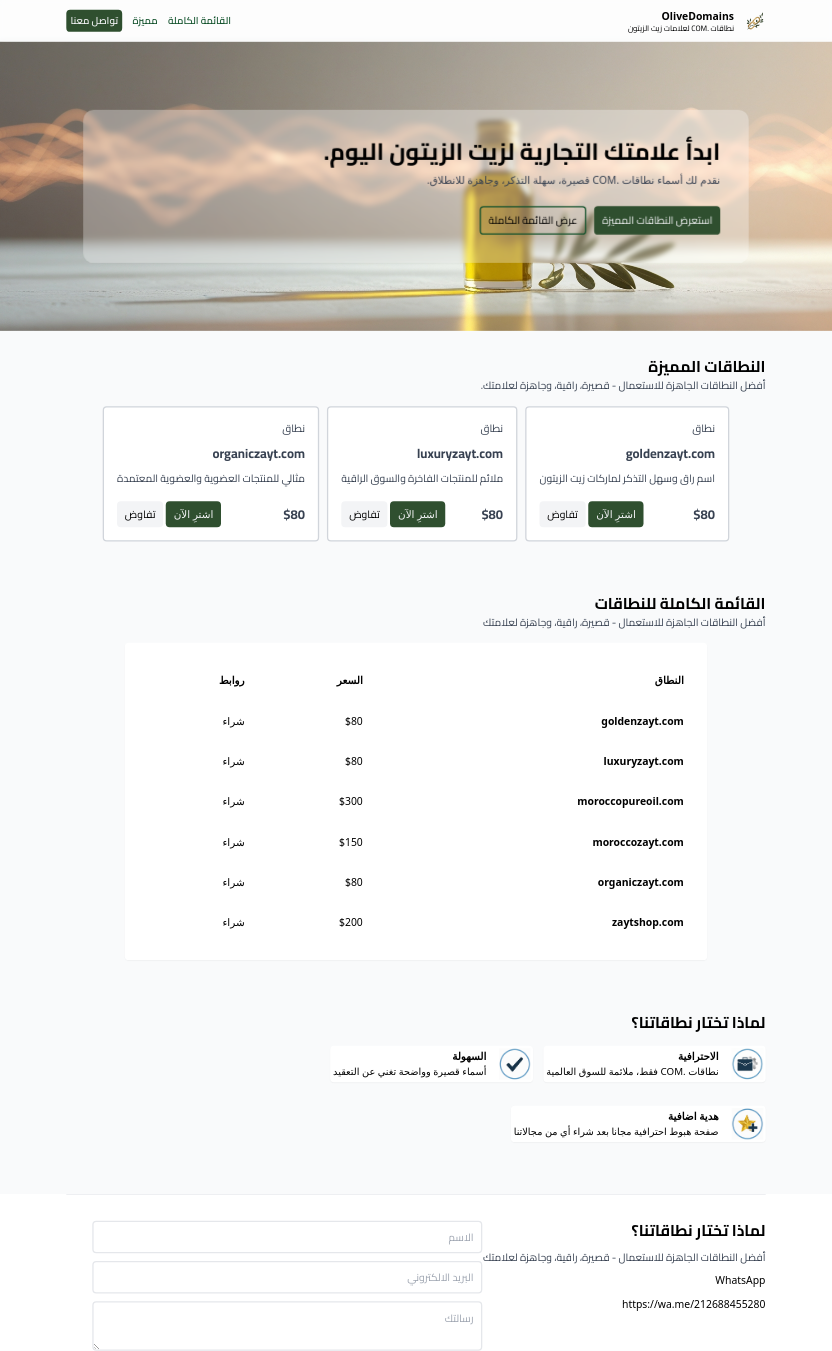
Repository: zakaria-bn05/Olive-oil-domaine-names-english-version
Page: index.html
An editor plug-in stored every save of this project. The page is shown before and after the next save, followed by the edit.
The browser window is 1280 px wide. The pictures show the whole page, at 65% of full size.
Some web libraries are served in a nearby version.

Above is the page before, as saved 2025-11-17 13:39:13.

After the next save:
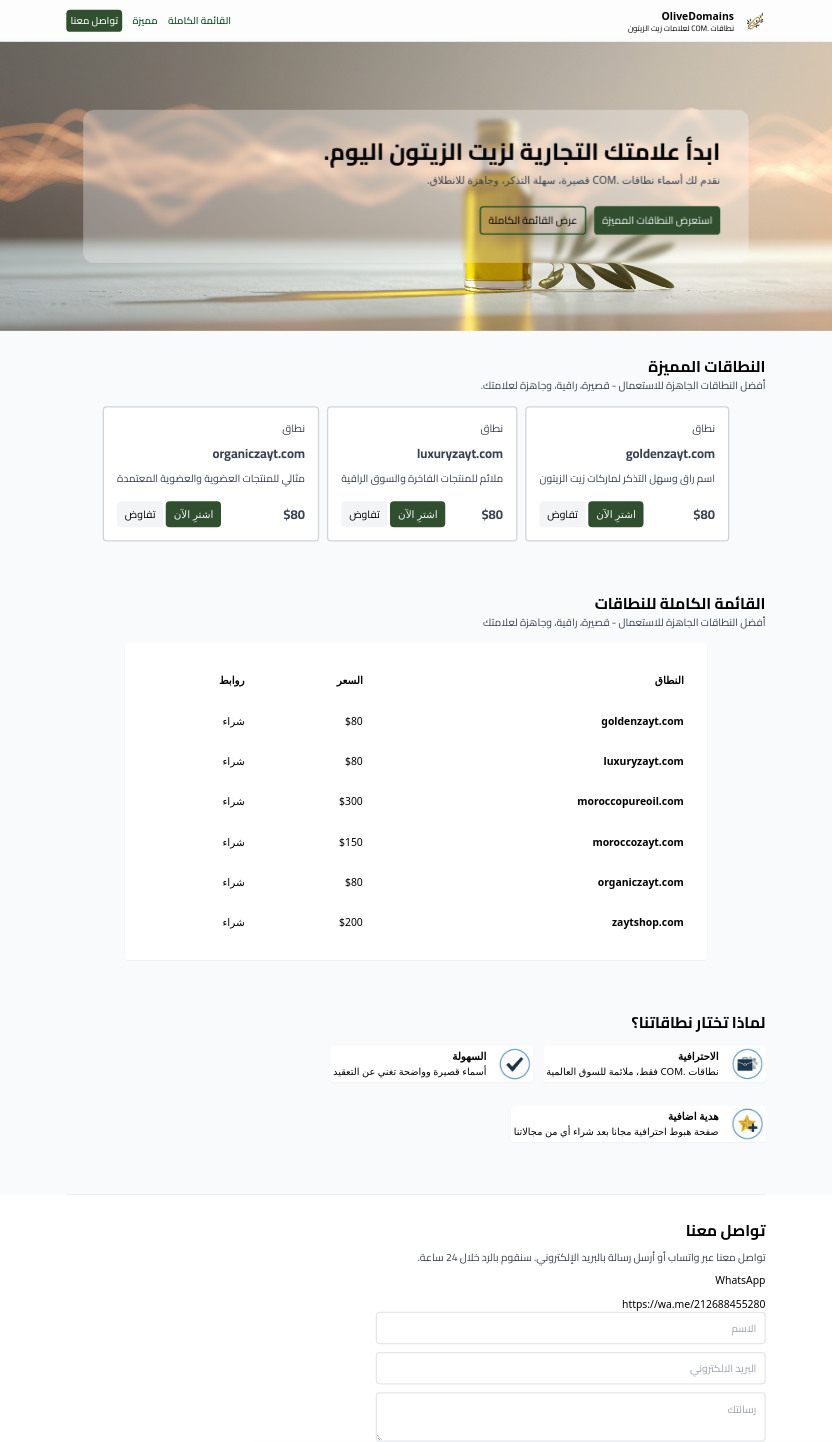
Saved 105 s later.
--- a/index.html
+++ b/index.html
@@ -229,9 +229,9 @@
             <hr>
             <div class="flex flex-wrap justify-between pt-10">
                 <div class="flex flex-col gap-3">
-                    <h1 class="font-cairo text-2xl font-bold "> لماذا تختار نطاقاتنا؟ </h1>
-                    <p class="font-cairo text-xm text-gray-700 ">أفضل النطاقات الجاهزة للاستعمال - قصيرة، راقية، وجاهزة
-                        لعلامتك
+                    <h1 class="font-cairo text-2xl font-bold "> تواصل معنا </h1>
+                    <p class="font-cairo text-xm text-gray-700 ">تواصل معنا عبر واتساب أو أرسل رسالة بالبريد الإلكتروني.
+                        سنقوم بالرد خلال 24 ساعة.
                     </p>
                     <a href="https://wa.me/212688455280">WhatsApp</a>
                     <a href="https://wa.me/212688455280">https://wa.me/212688455280</a>

After the save that followed:
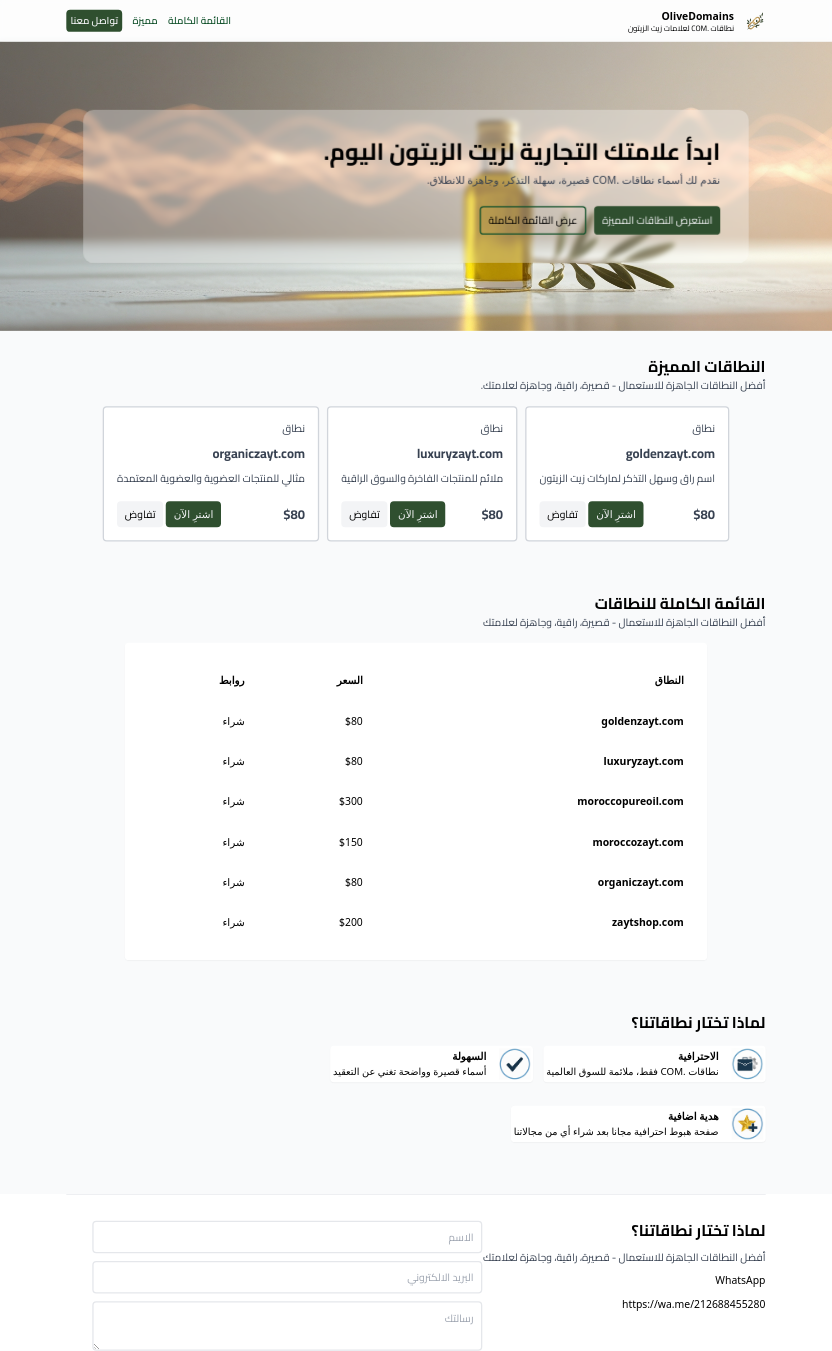
Saved 50 s later.
--- a/index.html
+++ b/index.html
@@ -229,9 +229,9 @@
             <hr>
             <div class="flex flex-wrap justify-between pt-10">
                 <div class="flex flex-col gap-3">
-                    <h1 class="font-cairo text-2xl font-bold "> تواصل معنا </h1>
-                    <p class="font-cairo text-xm text-gray-700 ">تواصل معنا عبر واتساب أو أرسل رسالة بالبريد الإلكتروني.
-                        سنقوم بالرد خلال 24 ساعة.
+                    <h1 class="font-cairo text-2xl font-bold "> لماذا تختار نطاقاتنا؟ </h1>
+                    <p class="font-cairo text-xm text-gray-700 ">أفضل النطاقات الجاهزة للاستعمال - قصيرة، راقية، وجاهزة
+                        لعلامتك
                     </p>
                     <a href="https://wa.me/212688455280">WhatsApp</a>
                     <a href="https://wa.me/212688455280">https://wa.me/212688455280</a>
